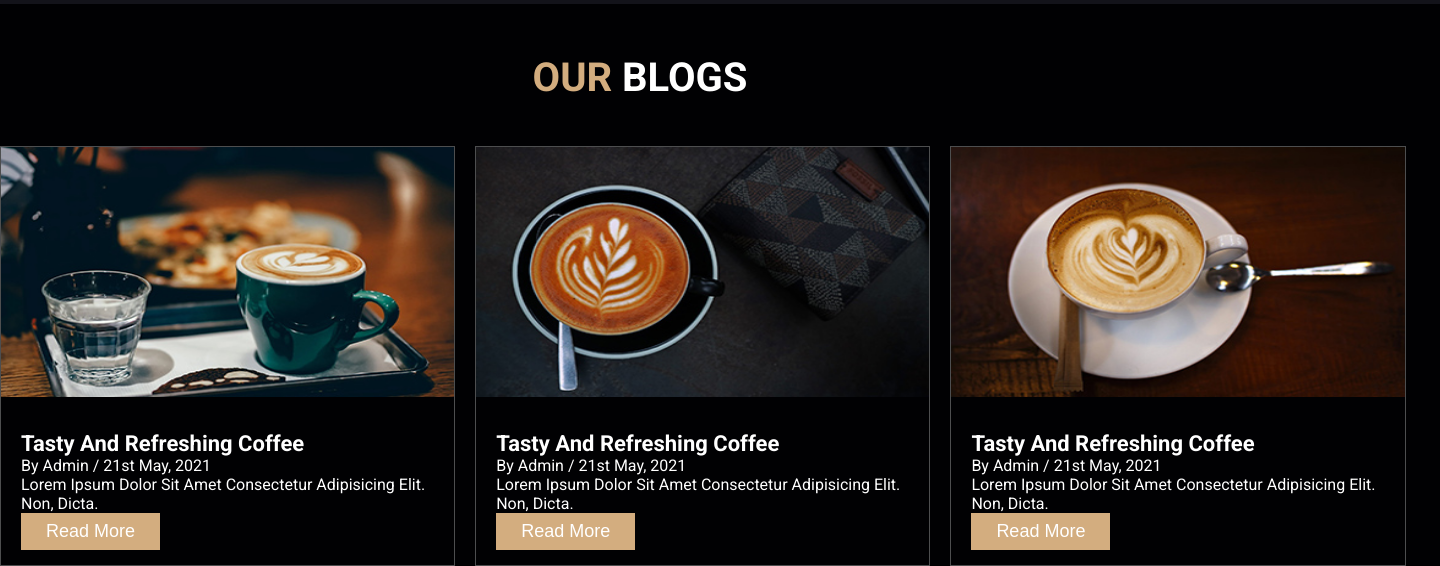
Repository: Dinhthai303/DinhThai
Page: index.html
An editor plug-in stored every save of this project. The page is shown before and after the next save, followed by the edit.
The browser window is 1280 px wide. The page is 1440 px wide, so the pictures cover 1440 px, including what lies to the right of the window. The pictures show the part of the page from y = 4258 to 4828 px (the page is 4824 px tall before and 4828 px after).

Above is the page before, as saved 2021-11-28 01:39:05.

After the next save:
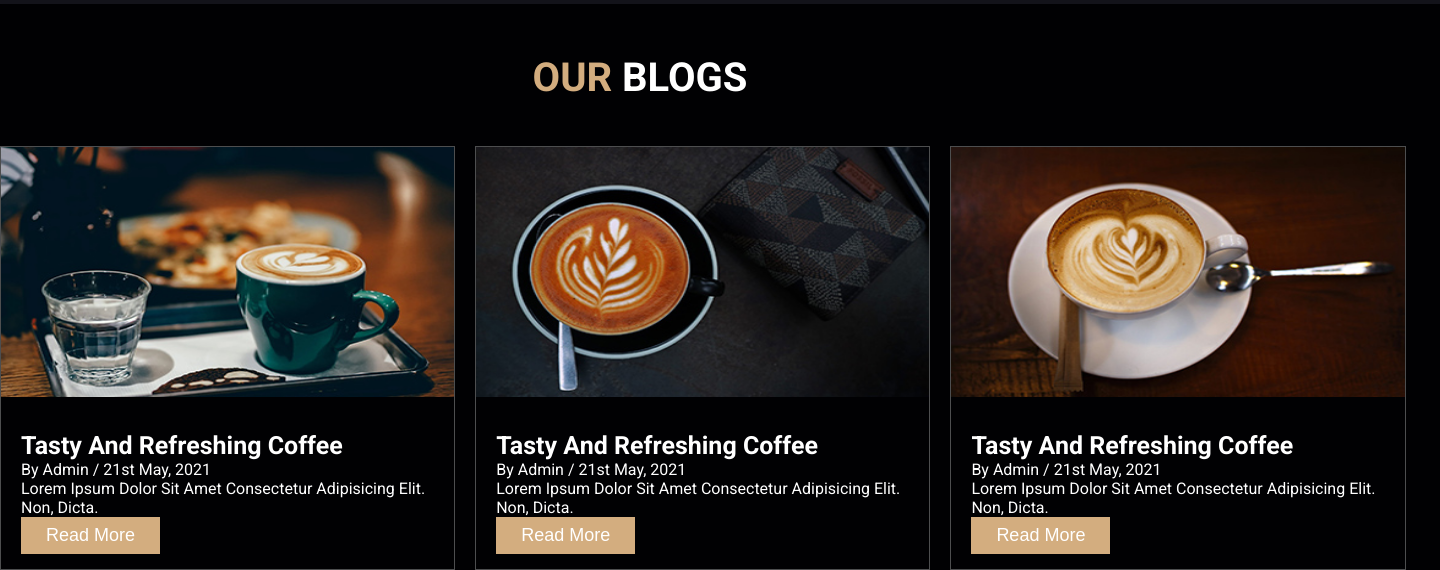
Saved 9 s later.
--- a/css/style.css
+++ b/css/style.css
@@ -300,5 +300,5 @@ body{
     padding: 30px 20px 15px;
 }
 .blog__title{
-    font-size: 22px;
-}
+    font-size: 25px;
+}
